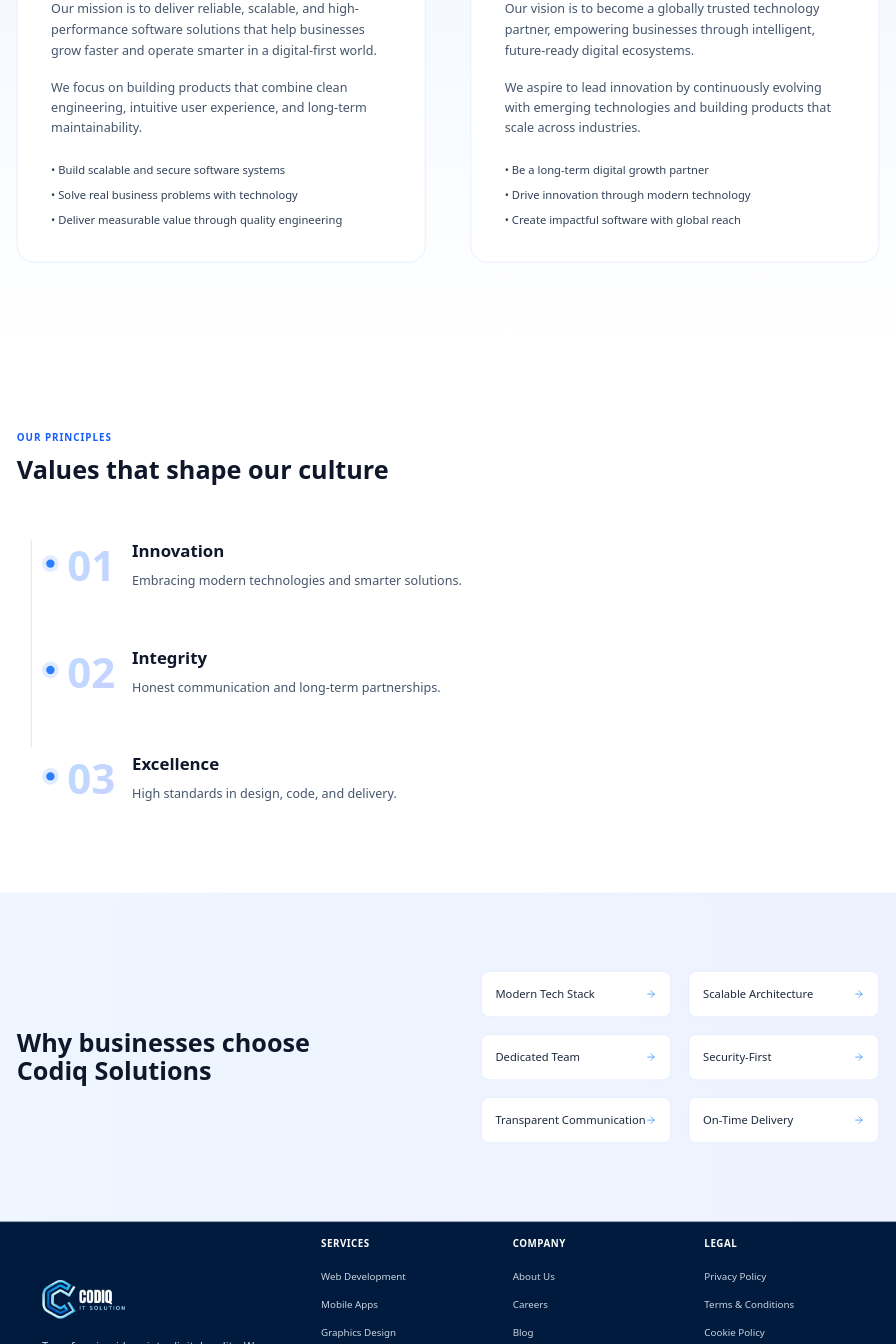
Repository: codiqsolutions/Codiq_Web
Page: /about (app in codiq-main/frontend/)
The author's editor kept a copy of each file at every save. The page is drawn from the files as they stood at one save, then again after the next save.
The browser window is 1280 px wide. The pictures show the part of the page from y = 1253 to 3173 px (the page is 3450 px tall), at 70% of full size.
The project was rebuilt for these pictures with package versions that can differ from the ones it lists, and the page was loaded fresh each time. The framework's server and built-in components were replaced by stand-ins that run in the browser. Also part of the build but not shown: codiq-main/frontend/next.config.ts.

Above is the page before, as saved 2026-01-08 15:15:28.

### codiq-main/frontend/app/layout.tsx
import type { Metadata } from "next";
import { Geist, Geist_Mono } from "next/font/google";
import "./globals.css";
import { Footer } from "@/components/Footer";
import Header from "@/components/Header";

const geistSans = Geist({
  variable: "--font-geist-sans",
  subsets: ["latin"],
});

const geistMono = Geist_Mono({
  variable: "--font-geist-mono",
  subsets: ["latin"],
});

export const metadata: Metadata = {
  title: "Codiq Solutions",
  description:
    "Codiq Solutions offers premium Web development, Mobile apps, and Digital marketing.",
};

export default function RootLayout({
  children,
}: {
  children: React.ReactNode;
}) {
  return (
    <html lang="en" className="scroll-smooth">
      <body
        className={`${geistSans.variable} ${geistMono.variable} antialiased min-h-screen flex flex-col font-sans`}
      >
        <Header />
        <main className="flex-grow pt-16">{children}</main>
        <Footer />
      </body>
    </html>
  );
}

### codiq-main/frontend/app/about/page.tsx
"use client"

import { motion } from "framer-motion"
import {
    Code2,
    Target,
    Users,
    Lightbulb,
    ShieldCheck,
    Rocket,
    ArrowRight,
} from "lucide-react"
import { PageHeader } from "@/components/PageHeader"

export default function AboutPage() {
    return (
        <>
            <PageHeader
                title="About Codiq Solutions"
                description="Engineering scalable software products with precision, performance, and purpose."
            />

            {/* INTRO STORY */}
            <section className="relative bg-white py-32 overflow-hidden">
                {/* Color accents */}
                <div className="absolute -top-32 -left-32 h-96 w-96 rounded-full bg-blue-100 blur-3xl opacity-70" />
                <div className="absolute top-1/3 -right-32 h-96 w-96 rounded-full bg-indigo-100 blur-3xl opacity-70" />

                <div className="relative mx-auto max-w-7xl px-6">
                    <div className="grid lg:grid-cols-[1.2fr_0.8fr] gap-20 items-center">
                        <motion.div
                            initial={{ opacity: 0, y: 30 }}
                            whileInView={{ opacity: 1, y: 0 }}
                            viewport={{ once: true }}
                        >
                            <p className="text-sm font-semibold tracking-widest uppercase mb-4 bg-linear-to-r from-blue-600 to-indigo-600 bg-clip-text text-transparent">
                                Our Identity
                            </p>

                            <h2 className="text-5xl font-extrabold leading-tight mb-8 text-slate-900">
                                We build software <br />
                                <span className="bg-linear-to-r from-blue-600 to-indigo-600 bg-clip-text text-transparent">
                                    that scales with ambition.
                                </span>
                            </h2>

                            <p className="text-lg text-slate-600 leading-relaxed mb-6">
                                Codiq Solutions is a technology-driven IT company crafting
                                intelligent digital products for startups and modern businesses.
                            </p>

                            <p className="text-lg text-slate-600 leading-relaxed">
                                We combine engineering excellence with business-first thinking
                                to deliver real impact.
                            </p>
                        </motion.div>

                        {/* Side Highlights */}
                        <motion.div
                            initial={{ opacity: 0, scale: 0.95 }}
                            whileInView={{ opacity: 1, scale: 1 }}
                            viewport={{ once: true }}
                            className="space-y-6"
                        >
                            {[
                                { icon: Code2, label: "Engineering First", color: "from-blue-500 to-indigo-500" },
                                { icon: ShieldCheck, label: "Security Focused", color: "from-indigo-500 to-violet-500" },
                                { icon: Rocket, label: "Growth Ready", color: "from-violet-500 to-purple-500" },
                            ].map((item) => (
                                <div
                                    key={item.label}
                                    className="flex items-center gap-5 rounded-2xl border border-slate-200 bg-white p-6 shadow-sm hover:shadow-lg transition"
                                >
                                    <div
                                        className={`flex h-12 w-12 items-center justify-center rounded-xl bg-linear-to-br ${item.color} text-white`}
                                    >
                                        <item.icon className="h-6 w-6" />
                                    </div>
                                    <span className="text-lg font-semibold text-slate-800">
                                        {item.label}
                                    </span>
                                </div>
                            ))}
                        </motion.div>
                    </div>
                </div>
            </section>

            {/* MISSION & VISION */}
            <section className="bg-linear-to-b from-blue-50 to-white py-28">
                <div className="mx-auto max-w-7xl px-6">
                    <div className="grid md:grid-cols-2 gap-16">

                        {/* MISSION */}
                        <motion.div
                            whileHover={{ y: -8 }}
                            className="rounded-3xl bg-white p-12 border border-blue-100 transition hover:shadow-xl"
                        >
                            <Target className="h-10 w-10 text-blue-600 mb-6" />

                            <h3 className="text-3xl font-bold text-slate-900 mb-6">
                                Our Mission
                            </h3>

                            <p className="text-lg text-slate-600 leading-relaxed mb-6">
                                Our mission is to deliver reliable, scalable, and high-performance
                                software solutions that help businesses grow faster and operate
                                smarter in a digital-first world.
                            </p>

                            <p className="text-lg text-slate-600 leading-relaxed mb-8">
                                We focus on building products that combine clean engineering,
                                intuitive user experience, and long-term maintainability.
                            </p>

                            <ul className="space-y-3 text-slate-700 font-medium">
                                <li>• Build scalable and secure software systems</li>
                                <li>• Solve real business problems with technology</li>
                                <li>• Deliver measurable value through quality engineering</li>
                            </ul>
                        </motion.div>

                        {/* VISION */}
                        <motion.div
                            whileHover={{ y: -8 }}
                            className="rounded-3xl bg-white p-12 border border-indigo-100 transition hover:shadow-xl"
                        >
                            <Lightbulb className="h-10 w-10 text-indigo-600 mb-6" />

                            <h3 className="text-3xl font-bold text-slate-900 mb-6">
                                Our Vision
                            </h3>

                            <p className="text-lg text-slate-600 leading-relaxed mb-6">
                                Our vision is to become a globally trusted technology partner,
                                empowering businesses through intelligent, future-ready digital
                                ecosystems.
                            </p>

                            <p className="text-lg text-slate-600 leading-relaxed mb-8">
                                We aspire to lead innovation by continuously evolving with emerging
                                technologies and building products that scale across industries.
                            </p>

                            <ul className="space-y-3 text-slate-700 font-medium">
                                <li>• Be a long-term digital growth partner</li>
                                <li>• Drive innovation through modern technology</li>
                                <li>• Create impactful software with global reach</li>
                            </ul>
                        </motion.div>

                    </div>
                </div>
            </section>

            {/* VALUES */}
            <section className="bg-white py-32">
                <div className="mx-auto max-w-7xl px-6">
                    <div className="mb-20 max-w-2xl">
                        <p className="text-sm font-semibold tracking-widest uppercase mb-4 text-blue-600">
                            Our Principles
                        </p>
                        <h2 className="text-4xl font-extrabold text-slate-900">
                            Values that shape our culture
                        </h2>
                    </div>

                    <div className="relative space-y-20 pl-12">
                        {/* Timeline line */}
                        <div className="absolute left-5 top-0 bottom-0 w-px bg-slate-300" />

                        {[
                            {
                                title: "Innovation",
                                desc: "Embracing modern technologies and smarter solutions.",
                            },
                            {
                                title: "Integrity",
                                desc: "Honest communication and long-term partnerships.",
                            },
                            {
                                title: "Excellence",
                                desc: "High standards in design, code, and delivery.",
                            },
                        ].map((value, i) => (
                            <motion.div
                                key={value.title}
                                initial={{ opacity: 0, x: -40 }}
                                whileInView={{ opacity: 1, x: 0 }}
                                viewport={{ once: true }}
                                transition={{ delay: i * 0.1 }}
                                className="relative flex items-center gap-6 pl-6"
                            >
                                {/* Timeline dot */}
                                <div className="absolute -left-[6px] top-7 h-3 w-3 rounded-full bg-blue-500 shadow-[0_0_0_6px_rgba(59,130,246,0.15)]" />

                                <div className="text-6xl font-extrabold bg-linear-to-br from-blue-200 to-indigo-200 bg-clip-text text-transparent">
                                    {String(i + 1).padStart(2, "0")}
                                </div>

                                <div>
                                    <h3 className="text-2xl font-bold text-slate-900 mb-3">
                                        {value.title}
                                    </h3>
                                    <p className="text-lg text-slate-600 max-w-2xl">
                                        {value.desc}
                                    </p>
                                </div>
                            </motion.div>
                        ))}
                    </div>
                </div>
            </section>

            {/* WHY CODIQ */}
            <section className="bg-linear-to-r from-blue-50 to-indigo-50 py-28">
                <div className="mx-auto max-w-7xl px-6">
                    <div className="flex flex-col lg:flex-row lg:items-center lg:justify-between gap-12">
                        <h2 className="text-4xl font-extrabold text-slate-900 max-w-xl">
                            Why businesses choose <br /> Codiq Solutions
                        </h2>

                        <div className="grid sm:grid-cols-2 gap-6 max-w-xl">
                            {[
                                "Modern Tech Stack",
                                "Scalable Architecture",
                                "Dedicated Team",
                                "Security-First",
                                "Transparent Communication",
                                "On-Time Delivery",
                            ].map((point) => (
                                <div
                                    key={point}
                                    className="flex items-center justify-between rounded-xl bg-white border border-blue-100 p-5 hover:shadow-lg transition"
                                >
                                    <span className="font-medium text-slate-800">{point}</span>
                                    <ArrowRight className="h-4 w-4 text-blue-400" />
                                </div>
                            ))}
                        </div>
                    </div>
                </div>
            </section>
        </>
    )
}

### codiq-main/frontend/app/globals.css
@import "tailwindcss";

:root {
  /* Brand Colors - Electric Blue & Deep Space */
  --primary: #2563eb;
  /* Blue-600 */
  --primary-hover: #1d4ed8;
  /* Blue-700 */
  --primary-light: #dbeafe;
  /* Blue-100 */
  --text-primary: #0f172a;
  /* Slate-900 */
  --text-muted: #475569;
  /* Slate-600 */
  --primary-foreground: 255, 255, 255;

  --secondary: 15, 23, 42;
  /* slate-900 */
  --secondary-foreground: 255, 255, 255;

  --accent: 79, 70, 229;
  /* indigo-600 */
  --accent-foreground: 255, 255, 255;

  /* Backgrounds */
  --background: 255, 255, 255;
  --foreground: 15, 23, 42;

  --glass-border: 226, 232, 240;
  /* slate-200 */

  --radius: 0.75rem;
}

@media (prefers-color-scheme: dark) {
  :root {
    --background: 2, 6, 23;
    /* slate-950 */
    --foreground: 248, 250, 252;
    /* slate-50 */

    --glass-border: 30, 41, 59;
    /* slate-800 */

    /* Adjust secondary for dark mode contrast */
    --secondary: 248, 250, 252;
    --secondary-foreground: 15, 23, 42;
  }
}

body {
  color: rgb(var(--foreground));
  background-color: rgb(var(--background));
  background-image:
    radial-gradient(circle at 50% 0%, rgba(var(--primary), 0.15) 0%, transparent 50%),
    radial-gradient(circle at 100% 0%, rgba(var(--accent), 0.1) 0%, transparent 50%);
  min-height: 100vh;
  font-feature-settings: "ss01", "ss02", "cv01", "cv02";
  -webkit-font-smoothing: antialiased;
}

/* Utilities */
@utility glass {
  @apply backdrop-blur-xl bg-white/70 dark:bg-slate-950/70 border border-slate-200/50 dark:border-slate-800/50;
}

@utility glass-nav {
  @apply backdrop-blur-xl bg-white/80 dark:bg-slate-950/80 border border-slate-200/50 dark:border-slate-800/50 shadow-sm supports-[backdrop-filter]:bg-white/60 supports-[backdrop-filter]:dark:bg-slate-950/60;
}

@utility premium-card {
  @apply bg-white dark:bg-slate-900/50 border border-slate-200 dark:border-slate-800 rounded-2xl shadow-sm hover:shadow-xl transition-all duration-300 hover:border-blue-500/30 dark:hover:border-blue-500/30 hover:-translate-y-1;
}

@utility text-balance {
  text-wrap: balance;
}

@utility text-pretty {
  text-wrap: pretty;
}

@layer base {
  * {
    @apply border-gray-200 dark:border-gray-800;
  }
}

### codiq-main/frontend/components/PageHeader.tsx
"use client"

import { motion } from "framer-motion"

interface PageHeaderProps {
    title: string
    description: string
}

export function PageHeader({ title, description }: PageHeaderProps) {
    return (
        <div className="bg-slate-50 dark:bg-slate-900/50 py-20 pb-24 text-center">
            <div className="mx-auto max-w-7xl px-4 sm:px-6 lg:px-8">
                <motion.h1
                    initial={{ opacity: 0, y: 20 }}
                    animate={{ opacity: 1, y: 0 }}
                    className="text-4xl font-bold tracking-tight text-slate-900 dark:text-white sm:text-5xl"
                >
                    {title}
                </motion.h1>
                <motion.p
                    initial={{ opacity: 0, y: 20 }}
                    animate={{ opacity: 1, y: 0 }}
                    transition={{ delay: 0.1 }}
                    className="mt-6 text-lg text-slate-600 dark:text-slate-400 max-w-2xl mx-auto"
                >
                    {description}
                </motion.p>
            </div>
        </div>
    )
}

### codiq-main/frontend/components/ui/button.tsx
import * as React from "react"
import { Slot } from "@radix-ui/react-slot"
import { cva, type VariantProps } from "class-variance-authority"

import { cn } from "@/lib/utils"

const buttonVariants = cva(
  "inline-flex items-center justify-center gap-2 whitespace-nowrap rounded-md text-sm font-medium transition-colors focus-visible:outline-none focus-visible:ring-1 focus-visible:ring-ring disabled:pointer-events-none disabled:opacity-50 [&_svg]:pointer-events-none [&_svg]:size-4 [&_svg]:shrink-0",
  {
    variants: {
      variant: {
        default:
          "bg-primary text-primary-foreground shadow hover:bg-primary/90",
        destructive:
          "bg-destructive text-destructive-foreground shadow-sm hover:bg-destructive/90",
        outline:
          "border border-input bg-background shadow-sm hover:bg-accent hover:text-accent-foreground",
        secondary:
          "bg-secondary text-secondary-foreground shadow-sm hover:bg-secondary/80",
        ghost: "hover:bg-accent hover:text-accent-foreground",
        link: "text-primary underline-offset-4 hover:underline",
      },
      size: {
        default: "h-9 px-4 py-2",
        sm: "h-8 rounded-md px-3 text-xs",
        lg: "h-10 rounded-md px-8",
        icon: "h-9 w-9",
      },
    },
    defaultVariants: {
      variant: "default",
      size: "default",
    },
  }
)

export interface ButtonProps
  extends React.ButtonHTMLAttributes<HTMLButtonElement>,
    VariantProps<typeof buttonVariants> {
  asChild?: boolean
}

const Button = React.forwardRef<HTMLButtonElement, ButtonProps>(
  ({ className, variant, size, asChild = false, ...props }, ref) => {
    const Comp = asChild ? Slot : "button"
    return (
      <Comp
        className={cn(buttonVariants({ variant, size, className }))}
        ref={ref}
        {...props}
      />
    )
  }
)
Button.displayName = "Button"

export { Button, buttonVariants }

Loaded but not shown: codiq-main/frontend/lib/utils.ts (common file); codiq-main/frontend/components/Footer.tsx (153 lines, source omitted); codiq-main/frontend/components/Header.tsx (142 lines, source omitted); codiq-main/frontend/components/ui/sheet.tsx (140 lines, source omitted)

After the next save:
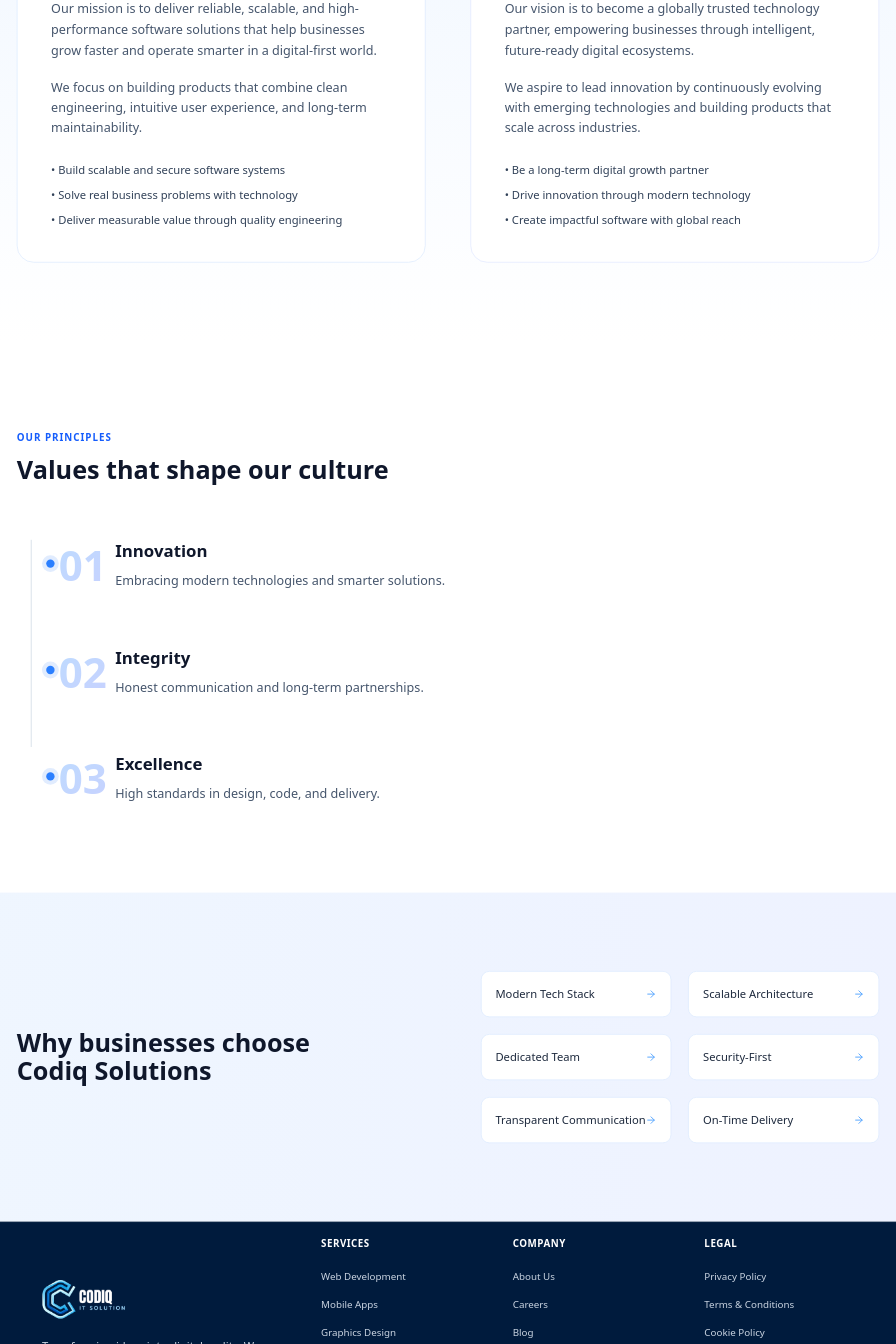
Saved 2 min 29 s later.
--- a/codiq-main/frontend/app/about/page.tsx
+++ b/codiq-main/frontend/app/about/page.tsx
@@ -189,7 +189,7 @@ export default function AboutPage() {
                                 whileInView={{ opacity: 1, x: 0 }}
                                 viewport={{ once: true }}
                                 transition={{ delay: i * 0.1 }}
-                                className="relative flex items-center gap-6 pl-6"
+                                className="relative flex items-center gap-3 pl-3"
                             >
                                 {/* Timeline dot */}
                                 <div className="absolute -left-[6px] top-7 h-3 w-3 rounded-full bg-blue-500 shadow-[0_0_0_6px_rgba(59,130,246,0.15)]" />
